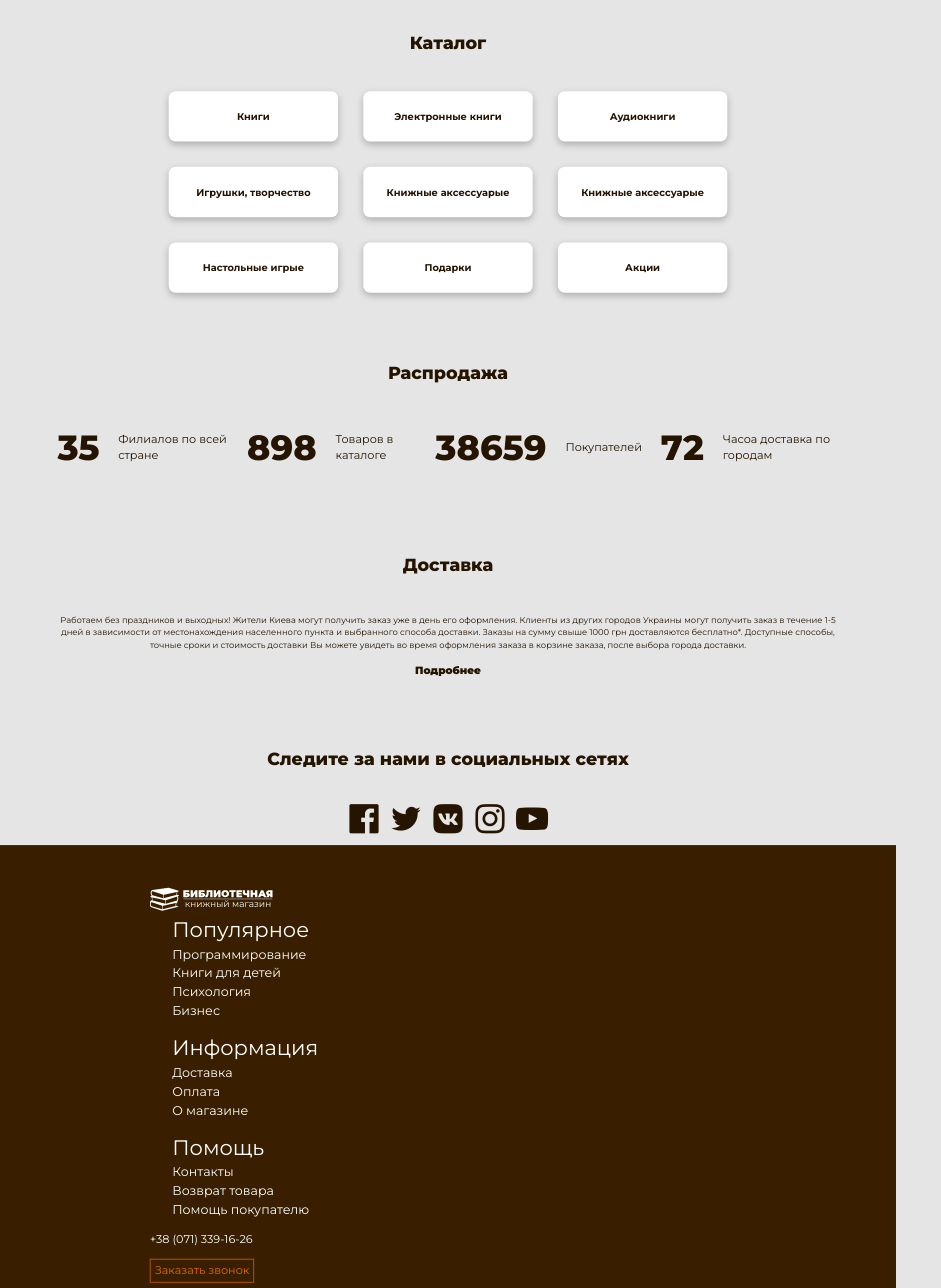
Repository: saidabbasun/Kutubxona
Page: /
An editor plug-in stored every save of this project. The page is shown before and after a run of saves, followed by the edit.
The browser window is 1280 px wide. The page is 1344 px wide, so the pictures cover 1344 px, including what lies to the right of the window. The pictures show the part of the page from y = 2206 to 4046 px (the page is 4046 px tall before and 3762 px after), at 70% of full size.
The project was rebuilt for these pictures with package versions that can differ from the ones it lists, and the page was loaded fresh each time.

Above is the page before, as saved 2022-05-30 19:16:12.

After the next 7 saves:
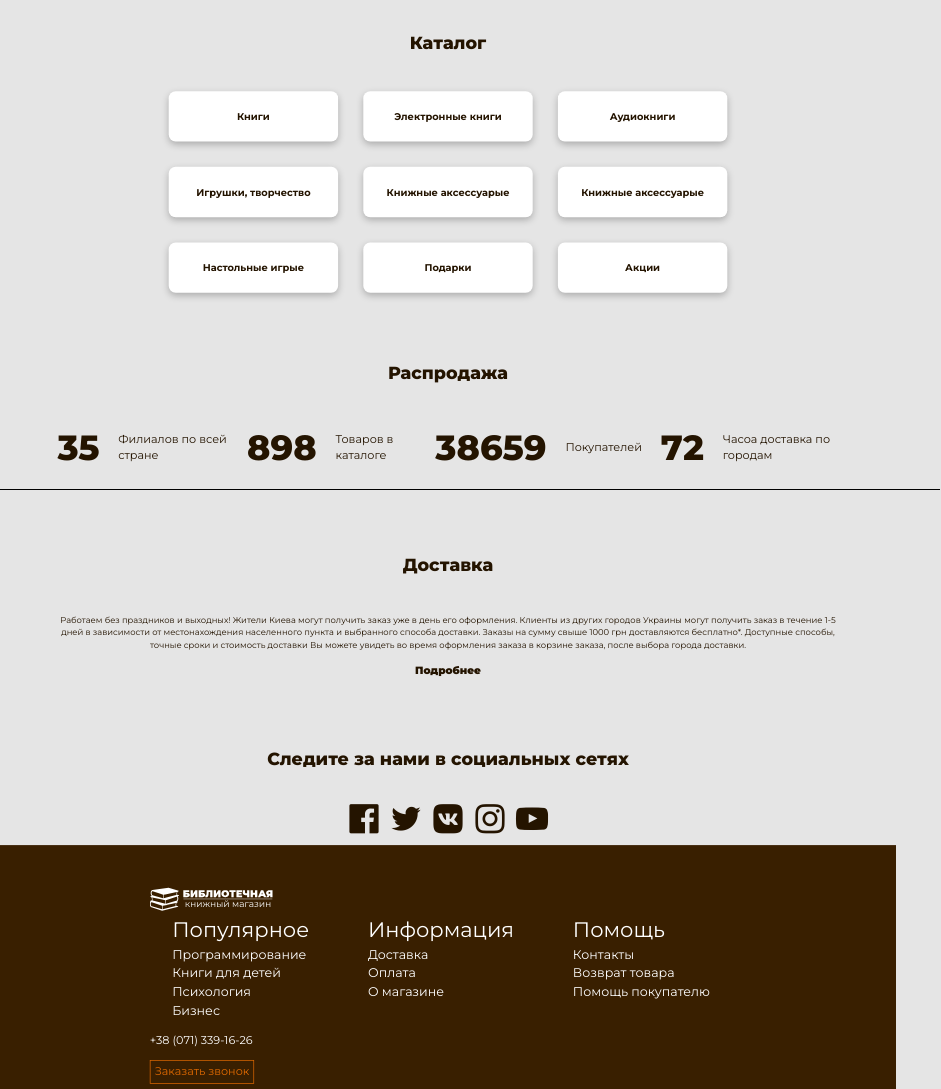
The 7 saves are shown as one change because 1 did not build or start and some came seconds apart.
The last was saved 51 s later.
--- a/src/Style/Footer/Footer.scss
+++ b/src/Style/Footer/Footer.scss
@@ -12,6 +12,8 @@
     font-style: normal;
 font-weight: 400;
 font-size: 18px;
+display: grid;
+grid-template-columns: repeat(3,auto);
 
 }
 li{
